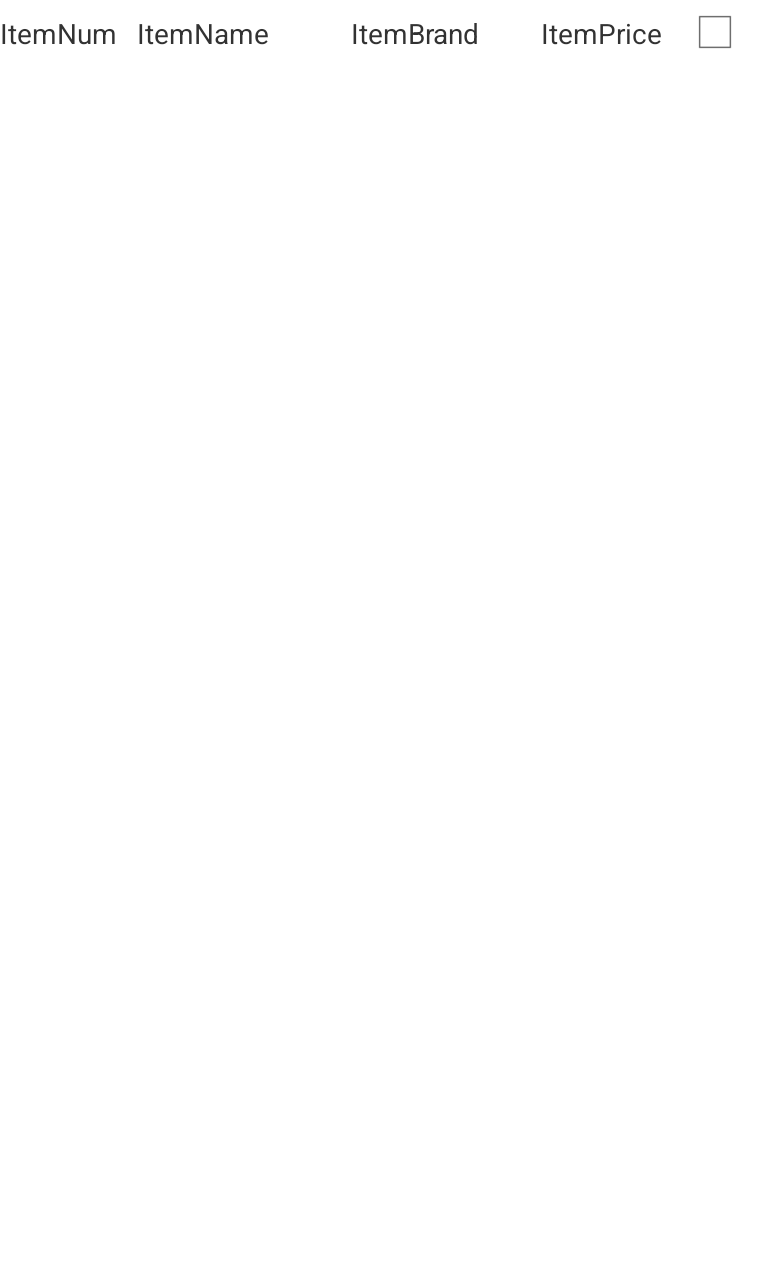
Repository: Ormbzzzy/gracek_apk
Layout: MIA/res/layout/row.xml
An editor plug-in stored every save of this project. The layout is shown before and after the next save, followed by the edit.
It is drawn on a 768 x 1280 px phone screen (xhdpi) without system bars, with theme AppTheme; the app's code is not run.

Above is the layout before, as saved 2014-01-29 01:30:16.

After the next save:
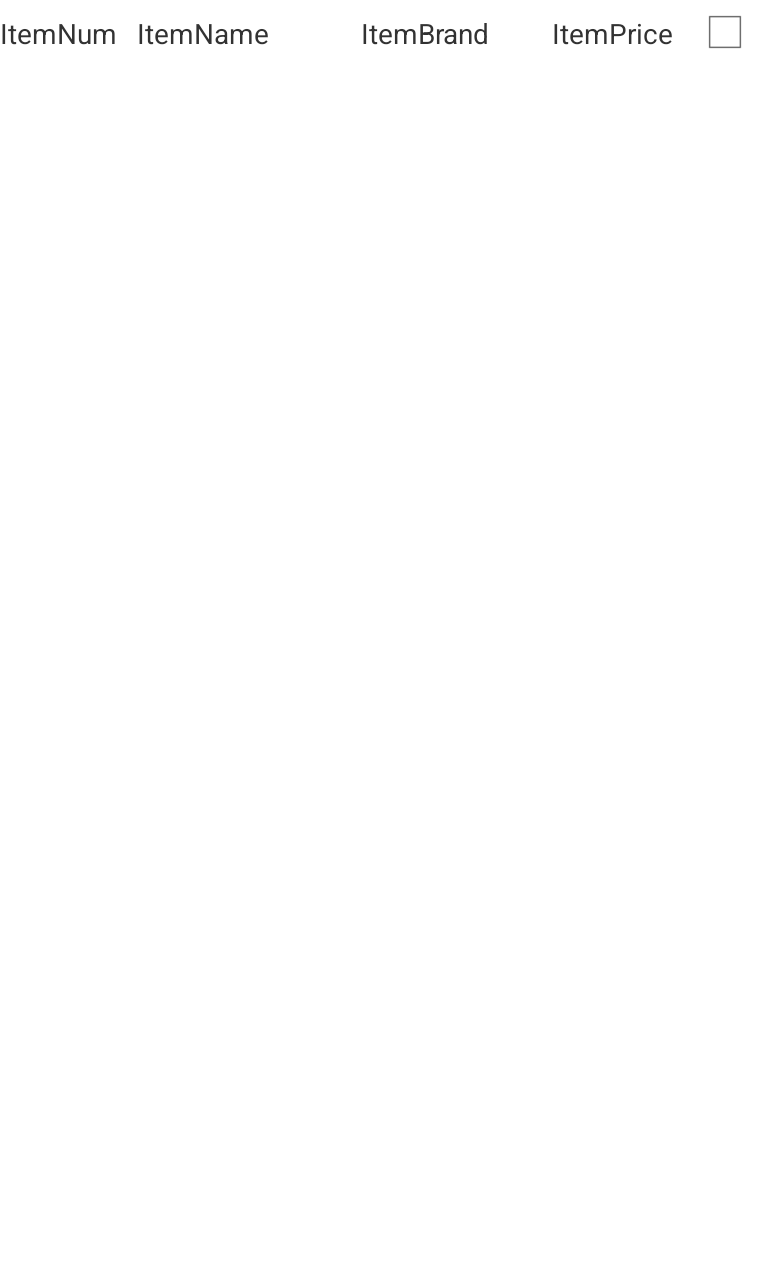
Saved 4 s later.
--- a/MIA/res/layout/row.xml
+++ b/MIA/res/layout/row.xml
@@ -17,7 +17,7 @@
         android:id="@+id/itemName"
         android:layout_width="wrap_content"
         android:layout_height="wrap_content"
-        android:layout_weight="40"
+        android:layout_weight="45"
         android:text="ItemName" />
 
     <TextView
